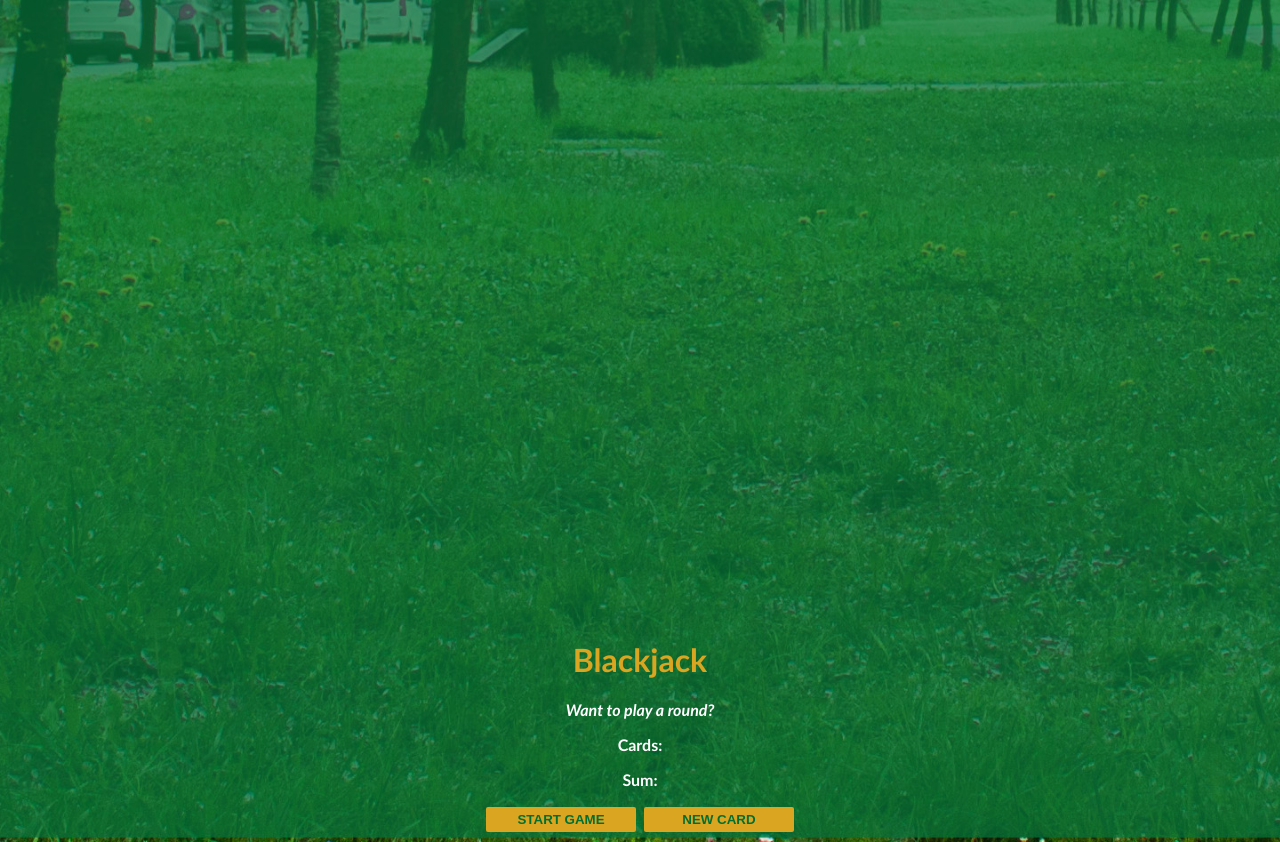
Repository: Samkiroko/black_jack
Page: index.html
The author's editor kept a copy of each file at every save. The page is drawn from the files as they stood at one save, then again after the next save.
The browser window is 1280 px wide. The pictures show the whole page.

Above is the page before, as saved 2022-04-30 12:41:21.

### index.html
<!DOCTYPE html>
<html lang="en">

<head>
    <meta charset="UTF-8">
    <meta http-equiv="X-UA-Compatible" content="IE=edge">
    <meta name="viewport" content="width=device-width, initial-scale=1.0">
    <link rel="stylesheet" href="index.css">
    <title>Document</title>
</head>

<body>
    <h1>Blackjack</h1>
    <p id="message-el">Want to play a round?</p>
    <p id="cards-el">Cards:</p>
    <p id="sum-el">Sum:</p>
    <button onclick="startGame()">START GAME</button>
    <button onclick="newCard()">NEW CARD</button>
    <!-- 1. Create a NEW CARD button, make it run newCard() on click -->
    <script src="index.js"></script>

</body>

</html>

### index.css
body {
    font-family: 'Trebuchet MS', 'Lucida Sans Unicode', 'Lucida Grande', Arial, sans-serif;
    background-image: url('img/green.jpg');
    background-size: cover;
    background-repeat: no-repeat;
    font-weight: bold;
    color: white;
    text-align: center;
    display: block;
    margin-left: auto;
    margin-right: auto;
    margin-top: 50%;
}

h1 {
    color: goldenrod;
}

#message-el {
    font-style: italic;
}


/* 3. Make sure that the two buttons have some space between
each other when they are rendered out vertically */

button {
    color: #016f32;
    width: 150px;
    background: goldenrod;
    padding-top: 5px;
    padding-bottom: 5px;
    font-weight: bold;
    border: none;
    border-radius: 2px;
    margin: 2px;
}

### index.js
let firstCard = 10
let secondCard = 4
let sum = firstCard + secondCard
let hasBlackJack = false
let isAlive = true
let message = ''
let messageEl = document.getElementById('message-el')
let sumEl = document.getElementById('sum-el')
let cardsEl = document.getElementById('cards-el')

function startGame() {
  renderGame()
}

function renderGame() {
  cardsEl.textContent = 'Cards: ' + firstCard + ' ' + secondCard
  sumEl.textContent = 'Sum: ' + sum
  if (sum <= 20) {
    message = 'Do you want to draw a new card?'
  } else if (sum === 21) {
    message = "You've got Blackjack!"
    hasBlackJack = true
  } else {
    message = "You're out of the game!"
    isAlive = false
  }
  messageEl.textContent = message
}

// 2. Create a function newCard() that logs out "Drawing a new card from the deck!"

function newCard() {
  console.log('Drawing a new card from the deck')
  let newCard = 7
  sum += newCard
  renderGame()
}

After the next save:
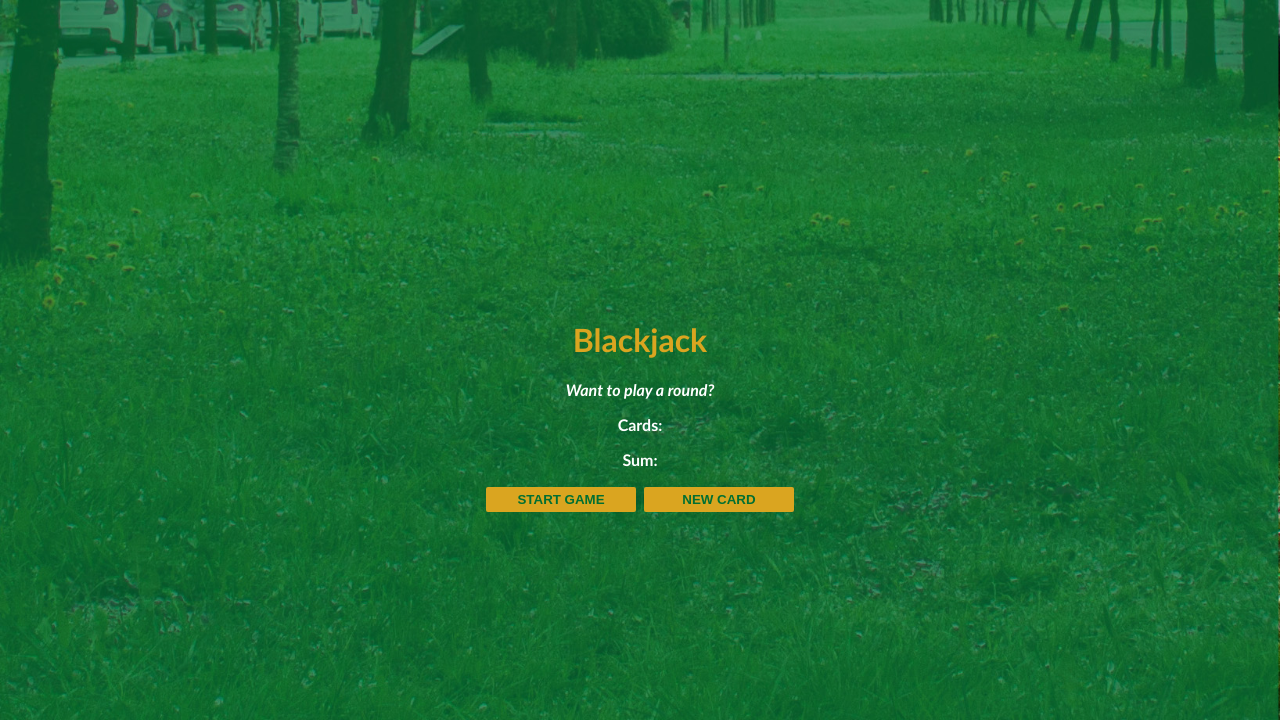
Saved 16 s later.
--- a/index.css
+++ b/index.css
@@ -9,7 +9,7 @@ body {
     display: block;
     margin-left: auto;
     margin-right: auto;
-    margin-top: 50%;
+    margin-top: 25%;
 }
 
 h1 {
